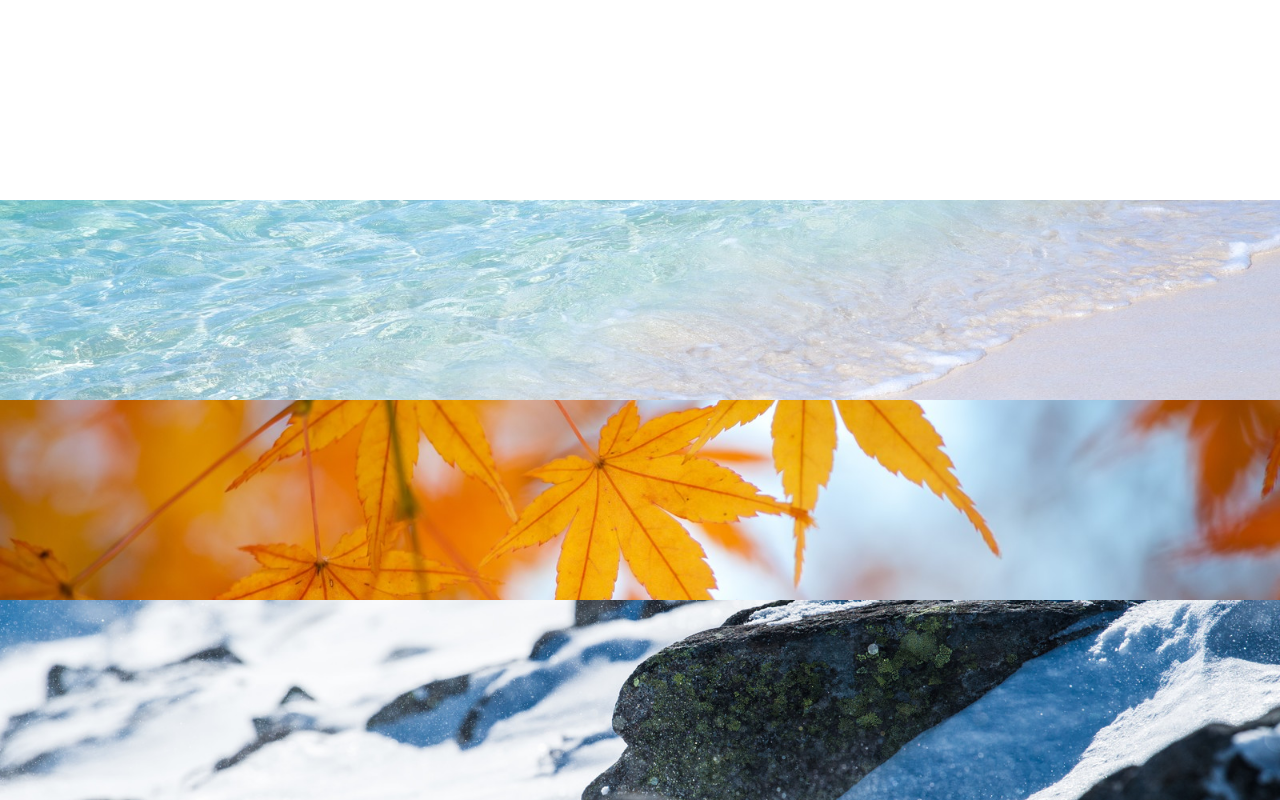
Repository: 39506KK/ALL
Page: caravan/chapter6.html
The author's editor kept a record of every edit. The page is drawn from the files as they stood at one moment, then again after the next edit.
The browser window is 1280 px wide. The pictures show the whole page.

Above is the page before.

After the next edit:
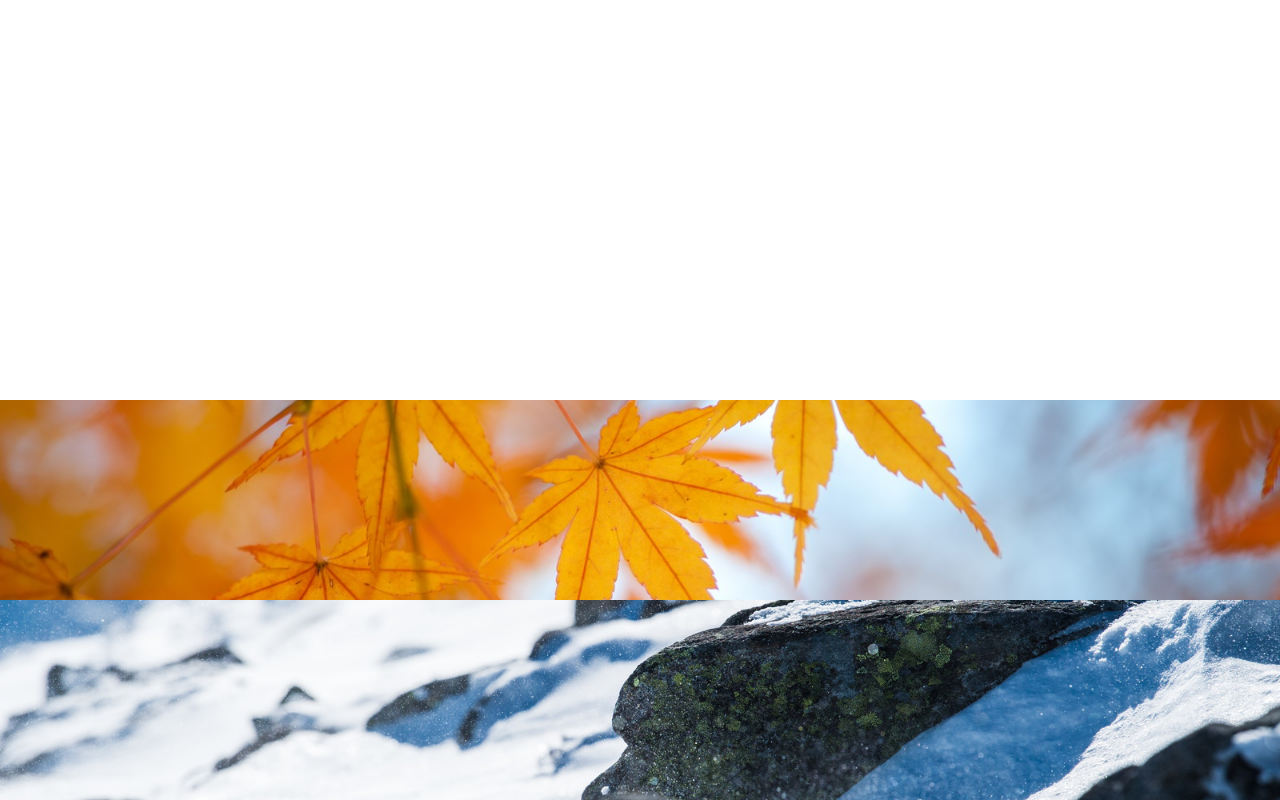
The edit:
--- a/caravan/chapter6.css
+++ b/caravan/chapter6.css
@@ -13,7 +13,7 @@
 
 .box2 {
   height: 200px;
-  background-image: url(img/box2.jpg);
+  background-image: url(img(chapter6)/box2.jpg);
   background-size: cover;
   background-position: center;
 }
